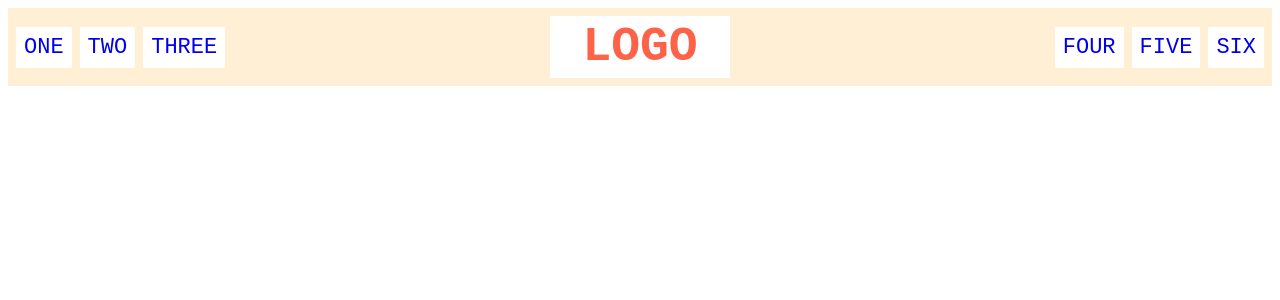
Repository: HeliosAI9/First-test-website
Page: mywebsite/html-boilerplate/pages/flex.html
The author's editor kept a copy of each file at every save. The page is drawn from the files as they stood at one save, then again after the next save.
The browser window is 1280 px wide. The pictures show the whole page.

Above is the page before, as saved 2023-06-02 02:26:33.

### mywebsite/html-boilerplate/pages/flex.html
<!DOCTYPE html>
<html lang="en">
  <head>
    <meta charset="UTF-8">
    <meta http-equiv="X-UA-Compatible" content="IE=edge">
    <meta name="viewport" content="width=device-width, initial-scale=1.0">
    <title>Flex Header</title>
    <link rel="stylesheet" href="../css/flex.css">
  </head>
  <body>
    <div class="header">
      <div class="left-links">
        <ul>
          <li><a href="#">ONE</a></li>
          <li><a href="#">TWO</a></li>
          <li><a href="#">THREE</a></li>
        </ul>
      </div>
      <div class="logo">LOGO</div>
      <div class="right-links">
        <ul>
          <li><a href="#">FOUR</a></li>
          <li><a href="#">FIVE</a></li>
          <li><a href="#">SIX</a></li>
        </ul>
      </div>
    </div>
  </body>
</html>

### mywebsite/html-boilerplate/css/flex.css
.header  {
    font-family: monospace;
    background: papayawhip;
  }

  .logo {
    font-size: 48px;
    font-weight: 900;
    color: tomato;
    background: white;
    padding: 4px 32px;
  }

  ul {
    /* this removes the dots on the list items*/
    list-style-type: none;
  }

  a {
    font-size: 22px;
    background: white;
    padding: 8px;
    /* this removes the line under the links */
    text-decoration: none;
  }

  .header {
    padding: 8px;
    display: flex;
    align-items: center;
    justify-content: space-between;
  }

  ul {
    display: flex;
    margin: 0;
    padding: 0;
    gap: 8px;
  }

After the next save:
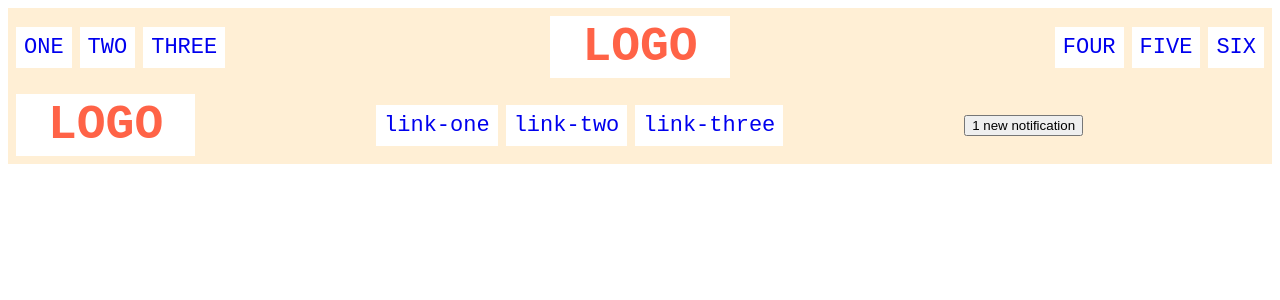
Saved 3 min 16 s later.
--- a/mywebsite/html-boilerplate/pages/flex.html
+++ b/mywebsite/html-boilerplate/pages/flex.html
@@ -25,5 +25,19 @@
         </ul>
       </div>
     </div>
+
+    <div class="header">
+        <div class="logo">
+          LOGO
+        </div>
+        <ul class="links">
+          <li><a href="google.com">link-one</a></li>
+          <li><a href="google.com">link-two</a></li>
+          <li><a href="google.com">link-three</a></li>
+        </ul>
+        <button class="notifications">
+          1 new notification
+        </button>
+        <div class="profile-image"></div>
   </body>
 </html>
